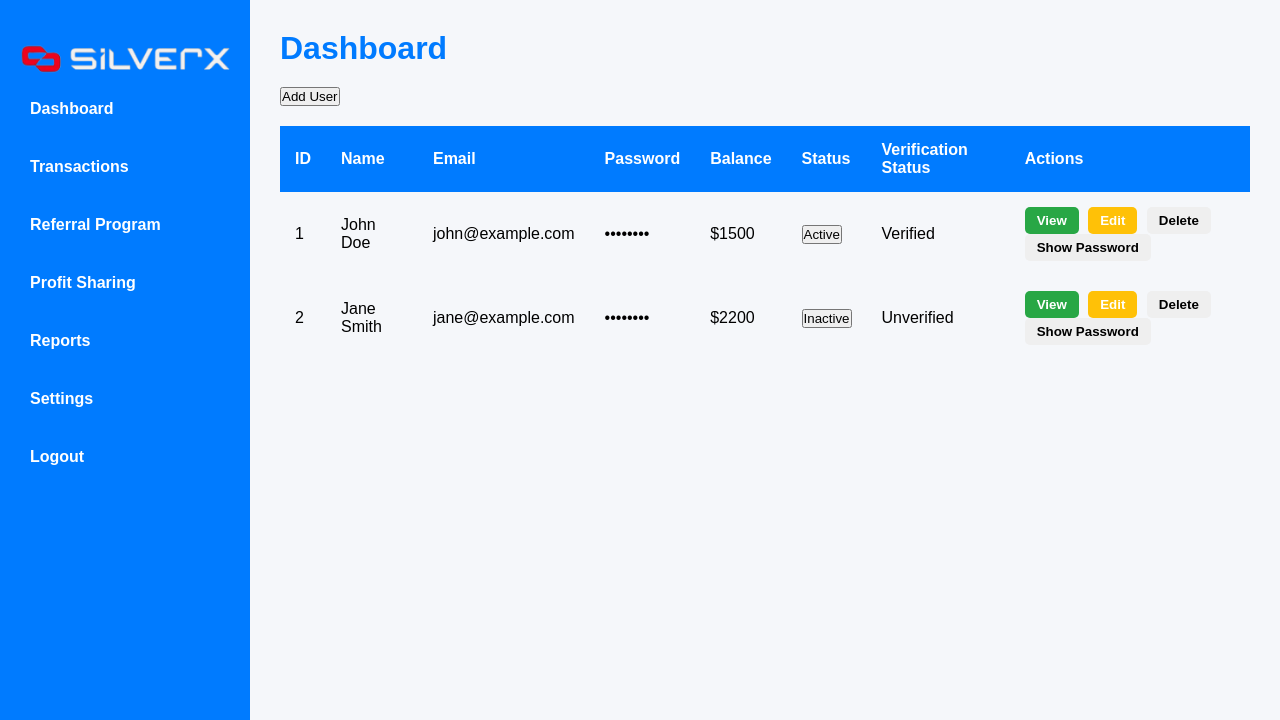
Repository: 2025silverx/slivedrX
Page: index.html
The author's editor kept a copy of each file at every save. The page is drawn from the files as they stood at one save, then again after the next save.
The browser window is 1280 px wide. The pictures show the whole page.

Above is the page before, as saved 2025-01-19 13:24:14.

### index.html
<!DOCTYPE html>
<html lang="en">
<head>
    <meta charset="UTF-8">
    <meta name="viewport" content="width=device-width, initial-scale=1.0">
    <title>Admin Panel - Users</title>
    <link rel="stylesheet" href="style.css">
</head>

<body>

    <div id="sidebar-container">
        <div class="sidebar">
            <img src="images/logo.png" alt="Sidebar Logo" class="sidebar-logo">
            <ul class="sidebar-links">
                <li><a href="index.html" class="sidebar-link" data-target="dashboard">Dashboard</a></li>
                <li><a href="index2.html" class="sidebar-link" data-target="transactions">Transactions</a></li>
                <li><a href="indesx3.html" class="sidebar-link" data-target="reports">Referral Program</a></li>
                <li><a href="index4.html" class="sidebar-link" data-target="users">Profit Sharing</a></li>
                <li><a href="index5.html" class="sidebar-link" data-target="reports">Reports</a></li>
                <li><a href="setting.html" class="sidebar-link" data-target="settings">Settings</a></li>
                <li><a href="login.html" class="sidebar-link" data-target="logout">Logout</a></li>
            </ul>
        </div>
    </div>

    <div class="main-content">
        <h1>Dashboard</h1>
        <button onclick="addUser()" class="add-user-btn">Add User</button>
        <table>
            <thead>
                <tr>
                    <th>ID</th>
                    <th>Name</th>
                    <th>Email</th>
                    <th>Password</th>
                    <th>Balance</th>
                    <th>Status</th>
                    <th>Verification Status</th>
                    <th>Actions</th>
                </tr>
            </thead>
            <tbody id="userTable">
                <tr>
                    <td>1</td>
                    <td>John Doe</td>
                    <td>john@example.com</td>
                    <td>••••••••</td>
                    <td>$1500</td>
                    <td><button class="status-btn active" onclick="toggleStatus(this)">Active</button></td>
                    <td>Verified</td>
                    <td>
                        <button class="action-btn view" onclick="viewUser(1)">View</button>
                        <button class="action-btn edit" onclick="editUser(1)">Edit</button>
                        <button class="action-btn delete" onclick="deleteUser(1)">Delete</button>
                        <button class="action-btn show-password" onclick="showPassword(this, 'password1')">Show Password</button>
                    </td>
                </tr>
                <tr>
                    <td>2</td>
                    <td>Jane Smith</td>
                    <td>jane@example.com</td>
                    <td>••••••••</td>
                    <td>$2200</td>
                    <td><button class="status-btn inactive" onclick="toggleStatus(this)">Inactive</button></td>
                    <td>Unverified</td>
                    <td>
                        <button class="action-btn view" onclick="viewUser(2)">View</button>
                        <button class="action-btn edit" onclick="editUser(2)">Edit</button>
                        <button class="action-btn delete" onclick="deleteUser(2)">Delete</button>
                        <button class="action-btn show-password" onclick="showPassword(this, 'password2')">Show Password</button>
                    </td>
                </tr>
                <!-- Additional rows can be dynamically added here -->
            </tbody>
        </table>
    </div>

    <script>
        function addUser() {
            // Implement the logic to add a new user
            alert('Add User button clicked.');
        }

        function viewUser(id) {
            alert(`Viewing details for User ID: ${id}`);
        }

        function editUser(id) {
            alert(`Editing details for User ID: ${id}`);
        }

        function deleteUser(id) {
            const confirmDelete = confirm(`Are you sure you want to delete User ID: ${id}?`);
            if (confirmDelete) {
                alert(`User ID: ${id} deleted.`);
            }
        }

        function toggleStatus(button) {
            if (button.classList.contains('active')) {
                button.classList.remove('active');
                button.classList.add('inactive');
                button.textContent = 'Inactive';
            } else {
                button.classList.remove('inactive');
                button.classList.add('active');
                button.textContent = 'Active';
            }
        }

        function showPassword(button, passwordId) {
            const passwordCell = button.closest('tr').querySelector('td:nth-child(4)');
            if (button.textContent === 'Show Password') {
                passwordCell.textContent = 'examplePassword'; // Replace with actual password logic
                button.textContent = 'Hide Password';
            } else {
                passwordCell.textContent = '••••••••';
                button.textContent = 'Show Password';
            }
        }
    </script>
</body>
</html>

### style.css
/* Reset some default styles */
* {
    margin: 0;
    padding: 0;
    box-sizing: border-box;
}

/* Body and container styles */
body {
    font-family: Arial, sans-serif;
    display: flex;
    height: 100vh;
    background-color: #f5f7fa;
}

/* Sidebar styles */
.sidebar {
    width: 250px;
    background-color: #007bff;
    color: white;
    padding: 20px;
    display: flex;
    flex-direction: column;
    position: sticky;
    top: 0;
    height: 100vh;
    /* Remove any margin or padding at the side */
    margin-right: 0;
}

/* Sidebar heading */
.sidebar h2 {
    margin-bottom: 20px;
    text-align: center;
}

/* Sidebar links */
.sidebar-links {
    list-style: none;
}

.sidebar-links li {
    margin-bottom: 20px; /* Increased margin for better spacing */
}

.sidebar-links a {
    text-decoration: none;
    color: white;
    font-weight: bold;
    display: block;
    padding: 10px;
    font-size: 16px;
    transition: color 0.3s ease;
}

.sidebar-links a:hover {
    color: #f0f0f0; /* Light gray on hover */
}

.sidebar-links a:active {
    color: #ff6347; /* Red color on click */
}

/* Main content area */
.main-content {
    flex: 1;
    padding: 30px;
    overflow-y: auto;
}

h1 {
    color: #007bff;
    margin-bottom: 20px;
}

/* Table styles */
table {
    width: 100%;
    border-collapse: collapse;
    margin-top: 20px;
}

th, td {
    padding: 15px;
    text-align: left;
}

th {
    background-color: #007bff;
    color: white;
}

td {
    background-color: #f5f7fa;
}

.action-btn {
    padding: 6px 12px;
    border: none;
    cursor: pointer;
    border-radius: 5px;
    margin-right: 5px;
    font-weight: bold;
}

.action-btn.view {
    background-color: #28a745;
    color: white;
}

.action-btn.view:hover {
    background-color: #218838;
}

.action-btn.block {
    background-color: #dc3545;
    color: white;
}

.action-btn.block:hover {
    background-color: #c82333;
}

.action-btn.edit {
    background-color: #ffc107;
    color: white;
}

.action-btn.edit:hover {
    background-color: #e0a800;
}

/* Responsive styles */
@media (max-width: 768px) {
    .sidebar {
        width: 200px;
    }

    .main-content {
        padding: 20px;
    }

    table {
        font-size: 14px;
    }

    th, td {
        padding: 10px;
    }
}

@media (max-width: 480px) {
    .sidebar {
        width: 100%;
        position: static;
    }

    .main-content {
        margin-top: 20px;
    }

    table {
        font-size: 12px;
    }
}

After the next save:
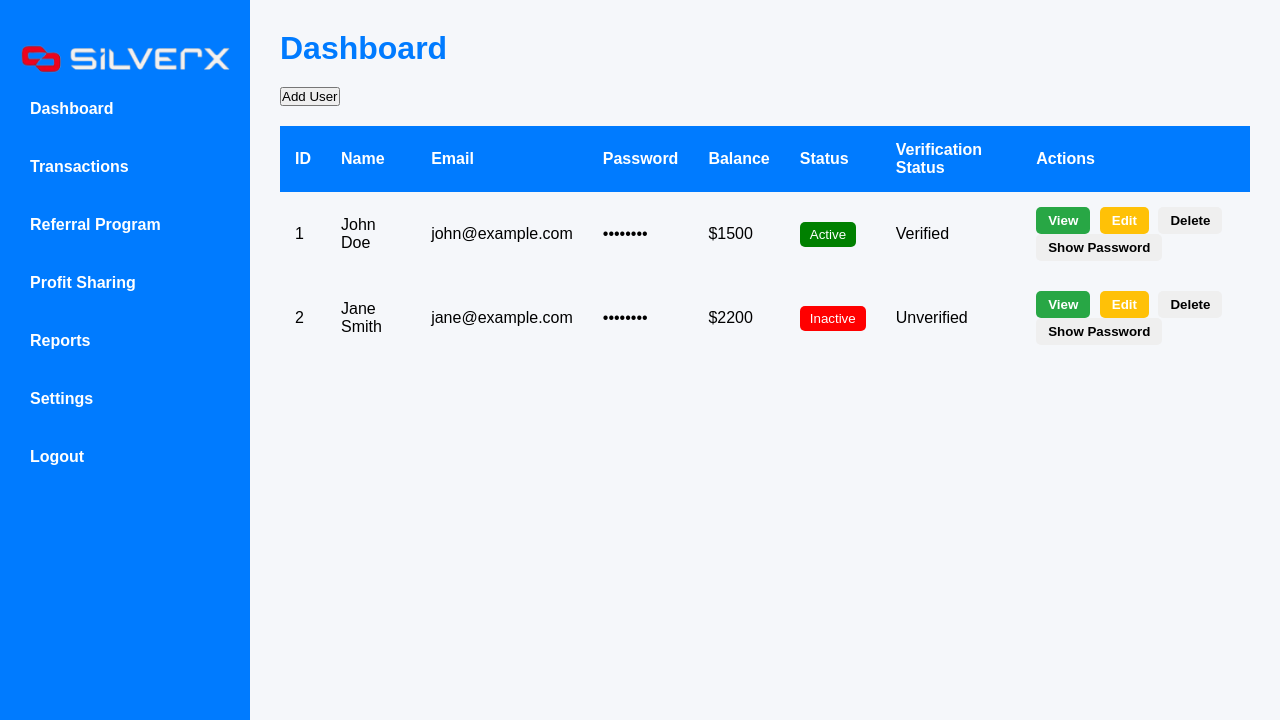
Saved 116 s later.
--- a/index.html
+++ b/index.html
@@ -5,6 +5,23 @@
     <meta name="viewport" content="width=device-width, initial-scale=1.0">
     <title>Admin Panel - Users</title>
     <link rel="stylesheet" href="style.css">
+    <style>
+        .status-btn {
+            padding: 5px 10px;
+            border: none;
+            border-radius: 5px;
+            cursor: pointer;
+            color: white;
+        }
+
+        .status-btn.active {
+            background-color: green;
+        }
+
+        .status-btn.inactive {
+            background-color: red;
+        }
+    </style>
 </head>
 
 <body>
